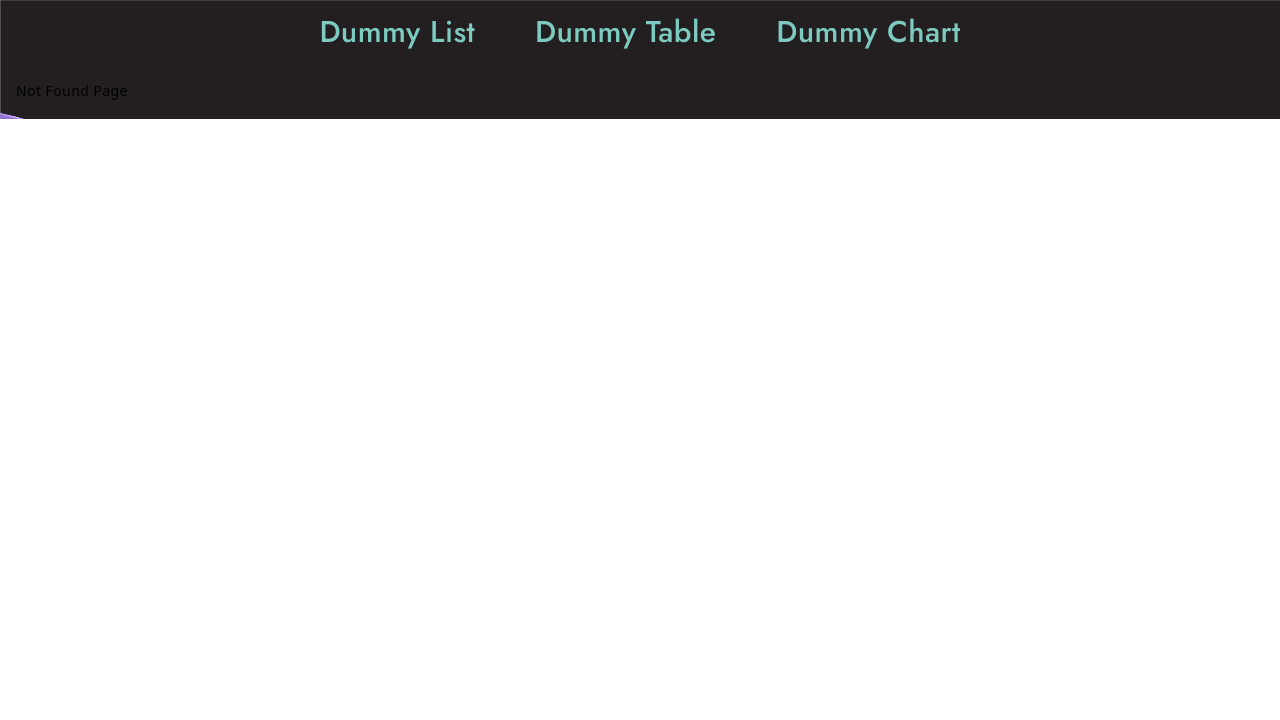
Repository: Vadim-27/backendless
Page: /
These files come from the project's save history. The page is drawn as it stood at one moment and after the next save; the edit follows.
The browser window is 1280 px wide. The pictures show the whole page.
Backgrounds fixed to the window are drawn as part of the page. The project was rebuilt for these pictures with package versions that can differ from the ones it lists, and the page was loaded fresh each time.

Above is the page before, as saved 2023-10-28 16:48:47.

After the next save:
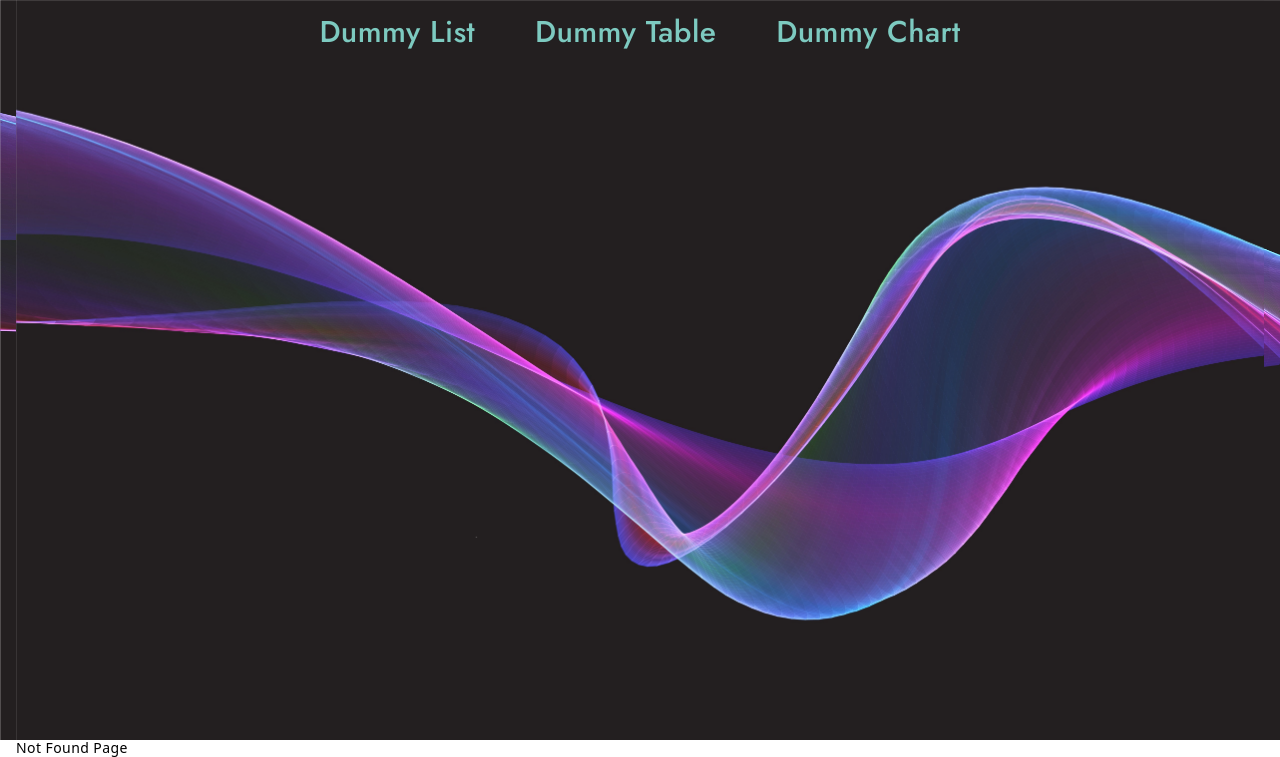
Saved 61 s later.
--- a/src/utils/base.scss
+++ b/src/utils/base.scss
@@ -51,5 +51,5 @@ img {
   background-size: cover, cover;
   background-repeat: no-repeat;
   background-attachment: fixed;
-  // height: 100vh;
+  height: 100vh;
 }
